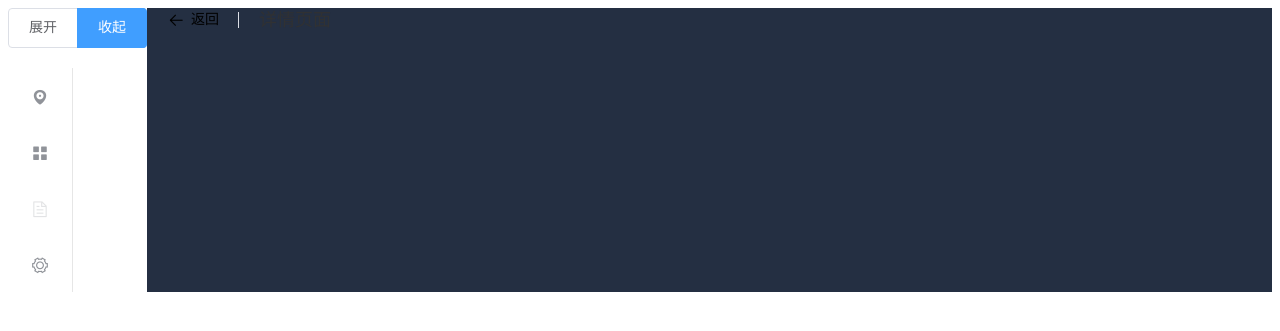
Repository: LtheW/library-management
Page: /
These files come from the project's save history. The page is drawn as it stood at one moment and after the next save; the edit follows.
The browser window is 1280 px wide. The pictures show the whole page.
The project was rebuilt for these pictures with package versions that can differ from the ones it lists, and the page was loaded fresh each time. Also part of the build but not shown: src/components/HelloWorld.vue, src/views/Home.vue.

Above is the page before, as saved 2022-05-27 15:39:33.

After the next save:
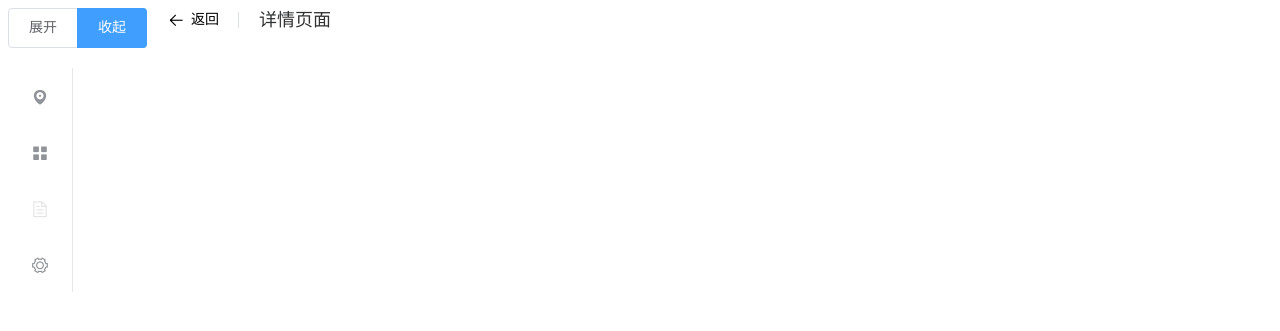
Saved 28 s later.
--- a/src/views/Main.vue
+++ b/src/views/Main.vue
@@ -25,11 +25,5 @@ export default {
 </script>
 
 <style scoped>
-.el-header {
-  background: #242F42;
-}
-.el-main {
-  padding-top: 20rpx;
-  background: #242F42;
-}
+
 </style>
